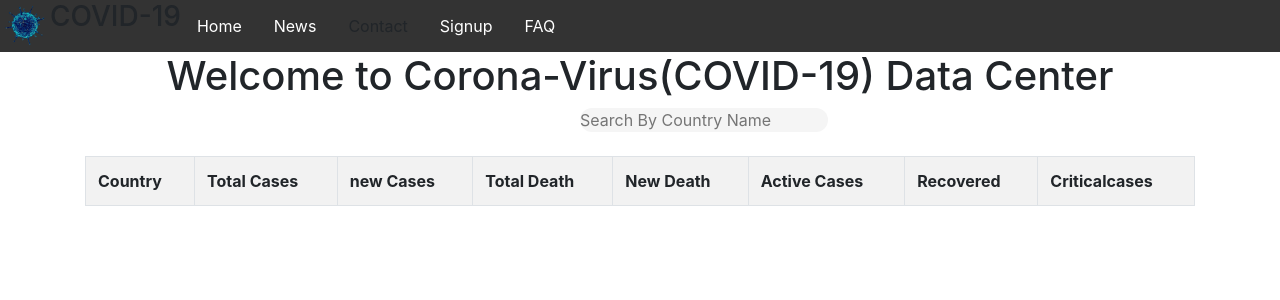
Repository: xthashankar/COVID-19-data-
Page: index.html
The author's editor kept a copy of each file at every save. The page is drawn from the files as they stood at one save, then again after the next save.
The browser window is 1280 px wide. The pictures show the whole page.
The page's requests for data from a server got no answer.

Above is the page before, as saved 2020-04-15 18:57:57.

### index.html
<!DOCTYPE html>
<html lang="en">
<head>
    <meta charset="UTF-8">
    <meta name="viewport" content="width=device-width, initial-scale=1.0">
    <link rel="stylesheet" href="https://maxcdn.bootstrapcdn.com/bootstrap/4.4.1/css/bootstrap.min.css">
     <script src="https://ajax.googleapis.com/ajax/libs/jquery/3.4.1/jquery.min.js"></script>
     <script src="https://cdnjs.cloudflare.com/ajax/libs/popper.js/1.16.0/umd/popper.min.js"></script>
    <script src="https://maxcdn.bootstrapcdn.com/bootstrap/4.4.1/js/bootstrap.min.js"></script>
    <link rel="stylesheet" href="css/styles.css">
    <title>Document</title>
</head>
<body>
        <ul class="nav">
            <img src="image/coronavirus.png">
             <H3>COVID-19</H3>
            <li><a  href="#">Home</a></li>
            <li><a href="#">News</a></li>
            <li><a ref="#">Contact</a></li>
            <li><a href="#">Signup</a></li>
            <div class="dropdown">
                <button class="dropbtn">FAQ
                </button>
                <div class="dropdown-content">
                  <a href="qa.html">English</a>
                  <a href="nqa.html">Nepali</a>
                </div>

        </ul>
    <h1>Welcome to Corona-Virus(COVID-19) Data Center</h1>
    <input type="text" name="filter" id="search" placeholder="Search By Country Name" onkeyup="search()">
    <div class="container">

        <br>
        <table class="table table-bordered  table-striped">
            <thread>
                <tr>
                    <th>Country</th>
                    <th>Total Cases</th>
                    <th>new Cases</th>
                    <th>Total Death</th>
                    <th>New Death</th>
                    <th>Active Cases</th>
                    <th>Recovered</th>
                    <th>Criticalcases</th>
            </tr>
            </thread>
            <tbody  id="coranavirus">
            </tbody>
        </table>
    </div>
</body>
<script src="javascript/main.js"></script>
</html>

### css/styles.css
/*
body {
	font-family: 'Roboto', sans-serif;
	background-color: #eae7d9;
	margin: 0;
	padding: 0;
} */
*{
  padding: 0;
  margin: 0;
}
ul{
    list-style-type:none;
    overflow: hidden;
    background-color:#333;
}
li{
   float:right;
}
li a{

    display: block;
    color:white;
    text-align: center;
    padding: 14px 16px;
    text-decoration: none;
}
li a:hover{
    background-color: #111;
}
h1{
    text-align: center;
}
#search{

    border-radius: 10px;
    margin:5 auto;
    border-radius: 10px;
    margin-left: 580px;
    border: none;
    border-radius: 15px;
    background-color:whitesmoke;
}
img{
    width:50px;
    height:50px;
}

.navbar {
    overflow: hidden;
    background-color: #333;
  }

  .navbar a {
    float: left;
    font-size: 16px;
    color: white;
    text-align: center;
    padding: 14px 16px;
    text-decoration: none;
  }

  .dropdown {
    float: right;
    overflow: hidden;
  }

  .dropdown .dropbtn {
    font-size: 16px;
    border: none;
    outline: none;
    color: white;
    padding: 14px 16px;
    background-color: inherit;
    font-family: inherit;
    margin: 0;
  }

  .navbar a:hover, .dropdown:hover .dropbtn {
    background-color: red;
  }

  .dropdown-content {
    display: none;
    position: absolute;
    background-color: #f9f9f9;
    min-width: 160px;
    box-shadow: 0px 8px 16px 0px rgba(0,0,0,0.2);
    z-index: 1;
  }

  .dropdown-content a {
    float: none;
    color: black;
    padding: 12px 16px;
    text-decoration: none;
    display: block;
    text-align: left;
  }

  .dropdown-content a:hover {
    background-color: #ddd;
  }

  .dropdown:hover .dropdown-content {
    display: block;
  }
  .nav h5{
    margin: 10px;
    float: right;
	color: white;
  }

### javascript/main.js
// let who='';
let URL='https://nepalcorona.info/api/v1/data/world'
fetch(URL)
.then(function(response){
   return response.json()
}).then(function(covid){
//    console.log(covid);
       if(covid.length>0)
       {
           var coviddata='';
           covid.forEach(function(data){
            // coviddata +="<tr>";
            if(data.country!="")
            {
            coviddata +="<tr><td>"+data.country+"</td>";
            coviddata +="<td>"+data.totalCases+"</td>";
            coviddata +="<td>"+data.newCases+"</td>";
            coviddata +="<td>"+data.totalDeaths+"</td>";
            coviddata +="<td>"+data.newDeaths+"</td>";
            coviddata +="<td>"+data.activeCases+"</td>";
            coviddata +="<td>"+data.totalRecovered+"</td>";
            coviddata +="<td>"+data.criticalCases+"</td></tr>";
            console.log(coviddata);
            }
            document.getElementById('coranavirus').innerHTML=coviddata;
           })
       }
   })
   //for search
function search(){
    let filter=document.getElementById("search").value.toUpperCase();
    let table=document.getElementById("coranavirus");
    let tr=table.getElementsByTagName("tr");
    for(let i=0;i<tr.length;i++)
    {
     let td=tr[i].getElementsByTagName("td")[0];
        if(td)
        {
         let txtValue=td.textContent||td.innerText;
         if(txtValue.toUpperCase().indexOf(filter)>-1)
            {
            tr[i].style.display="";
            }else
            {
            tr[i].style.display="none";
            }
        }
    }
}

After the next save:
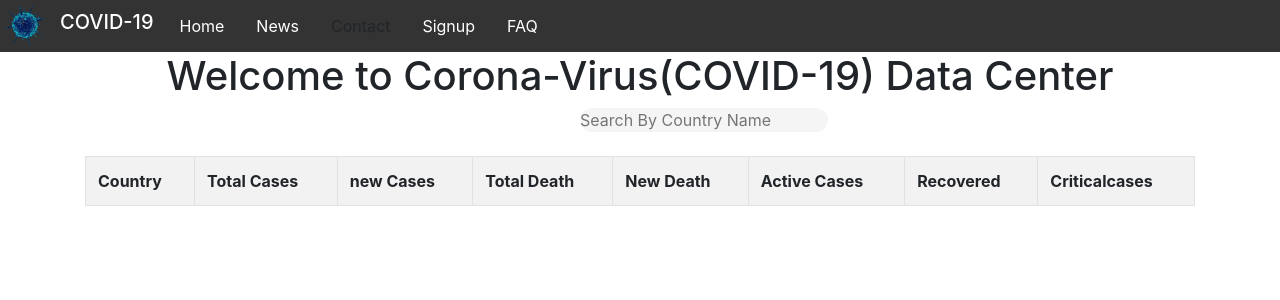
Saved 9 s later.
--- a/index.html
+++ b/index.html
@@ -13,7 +13,7 @@
 <body>
         <ul class="nav">
             <img src="image/coronavirus.png">
-             <H3>COVID-19</H3>
+             <H5>COVID-19</H5>
             <li><a  href="#">Home</a></li>
             <li><a href="#">News</a></li>
             <li><a ref="#">Contact</a></li>
